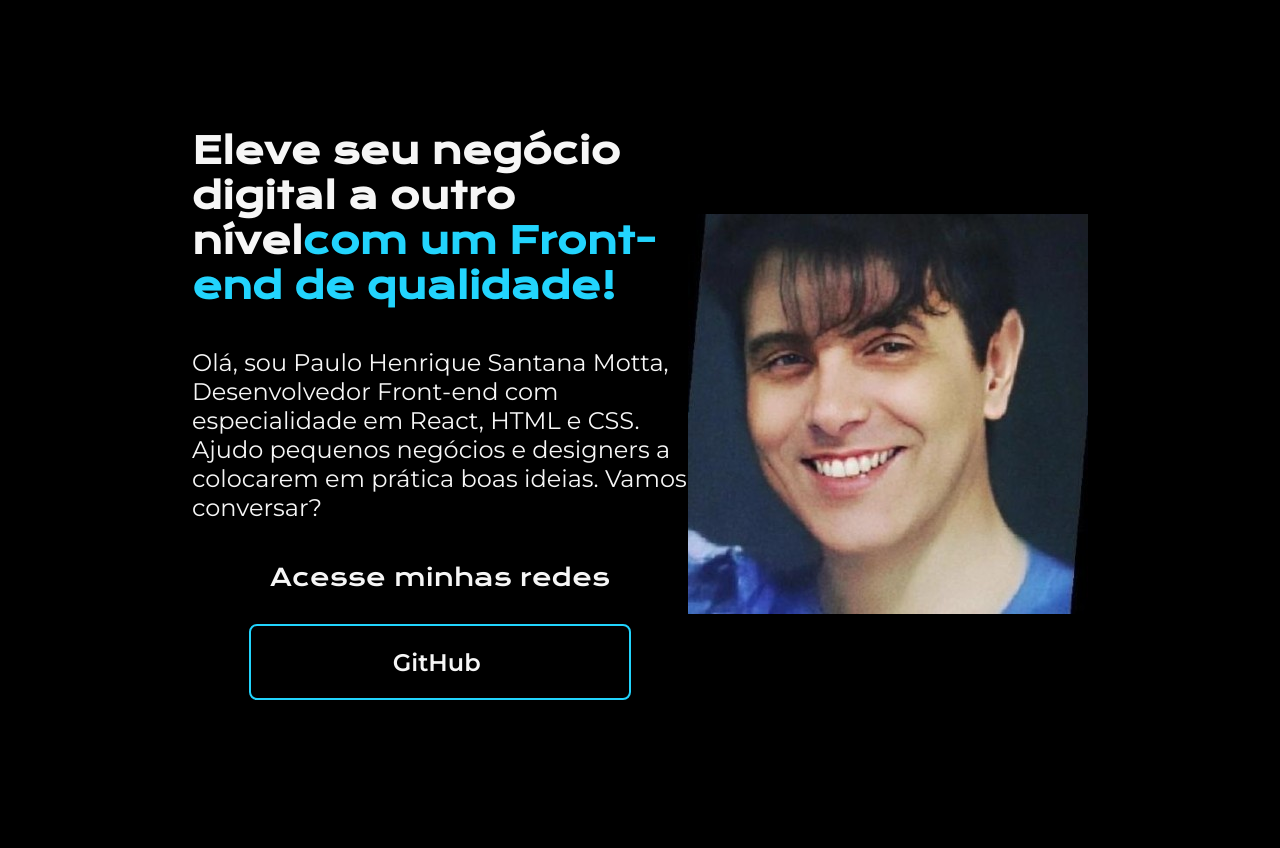
Repository: phsmottanerd/projeto-portfolio-alura
Page: index.html
An editor plug-in stored every save of this project. The page is shown before and after the next save, followed by the edit.
The browser window is 1280 px wide. The pictures show the whole page.

Above is the page before, as saved 2025-01-25 03:30:11.

After the next save:
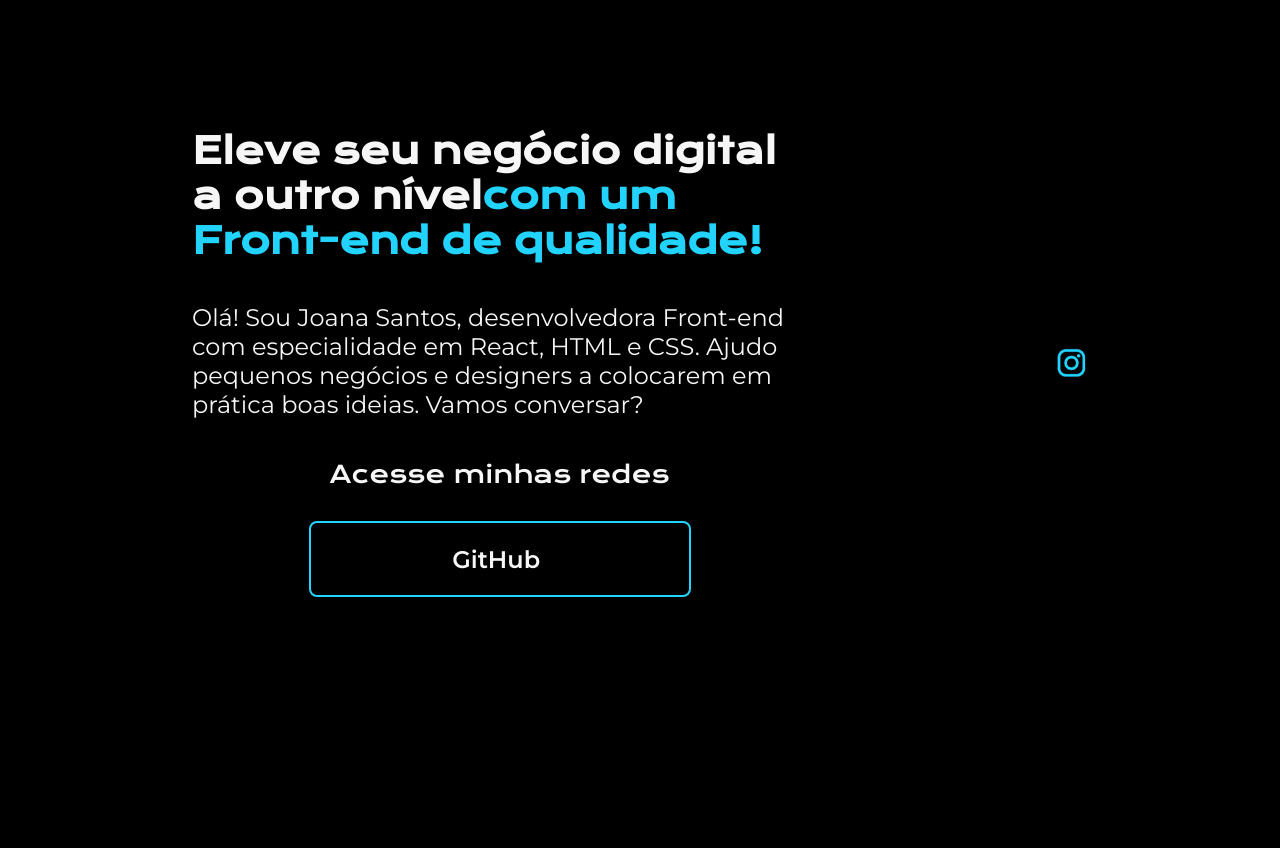
Saved 7 min 24 s later.
--- a/index.html
+++ b/index.html
@@ -16,9 +16,11 @@
             <h1 class="apresentacao__conteudo__titulo">Eleve seu negócio digital a outro nível<strong
             class="titulo-destaque">com um Front-end de qualidade!
             </strong></h1>
-            <p class="apresentacao__conteudo__texto"> Olá, sou Paulo Henrique Santana Motta, Desenvolvedor Front-end com
-              especialidade em React, HTML e CSS. Ajudo pequenos negócios e
-              designers a colocarem em prática boas ideias. Vamos conversar?</p>
+            <p class="apresentacao__conteudo__texto"> Olá! Sou Joana Santos, desenvolvedora
+              Front-end com especialidade em React, HTML e
+              CSS. Ajudo pequenos negócios e designers a
+              colocarem em prática boas ideias. Vamos
+              conversar?</p>
             <div class="apresentacao__links">
                 <h2 class="apresentacao__links__subtitulo">Acesse minhas redes</h2>
                 <a class="apresentacao__links__link" href="https://github.com/phsmottanerd">GitHub
@@ -27,7 +29,7 @@
 
             </div>
         </section>
-        <img src="./img/1722867171561.jpg" alt="Foto da Joana Santos programando">
+        <img src="./img/instagram.png" alt="Foto da Joana Santos programando">
     </main>
     <footer></footer>
 </body>
